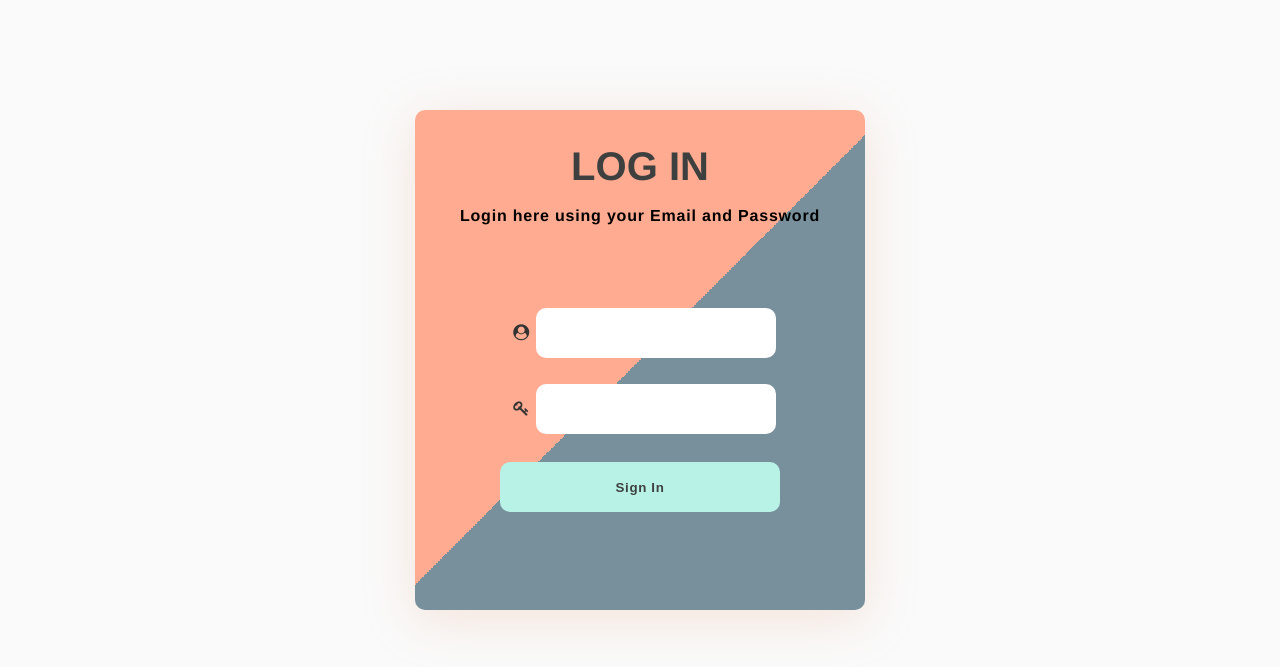
Repository: DhanushPrabha22/Zoho-Mini-Project
Page: http://localhost/ToDo_List/
These files come from the project's save history. The page is drawn as it stood at one moment and after the next save; the edit follows.
The browser window is 1280 px wide. The pictures show the whole page.
Some web libraries are served in a nearby version. The page is served by Tomcat 9. Other server files are loaded and not shown.

Above is the page before, as saved 2021-03-17 05:53:03.

### Todo Eclipse/ToDo_List/WebContent/sign_in.jsp
<!--

index.jsp

java version "1.8.0_45"

Created By Dhanush L

-->

<%@taglib uri="http://struts.apache.org/tags-html" prefix="html"%>

<!DOCTYPE html>
<html>
<head>
	<title>Sign in for your Tasks</title>
	<link rel="stylesheet" type="text/css" href="styles/sign_in.css" />
	<link rel="stylesheet" href="https://cdnjs.cloudflare.com/ajax/libs/font-awesome/4.7.0/css/font-awesome.min.css">
	<script src="https://ajax.googleapis.com/ajax/libs/jquery/2.1.1/jquery.min.js"></script>
	<script src="scripts/sign_in.js"></script>
</head>
<body>
	<div class="main-div">
		<!--   con = Container  for items in the form-->
		<div class="con">
			<!--     Start  header Content  -->
			<header class="head-form">
				<h2>LOG IN</h2>
				<!--     A welcome message or an explanation of the login form -->
				<br>
				<p><b>Login here using your Email and Password</b></p>
			</header>
			<br>
			<div class="field-set">
				<html:form action="signingin" method="post">
					<!--user name -->
					<html:errors property="email_e"/><br>
					<span class="input-item"><i class="fa fa-user-circle"></i></span>
					<html:text styleClass="form-input" property="email"/><br>
					<!--Password -->
					<html:errors property="password_e"/><br>
					<span class="input-item"><i class="fa fa-key"></i></span>
					<html:password styleClass="form-input" property="password"/>
					<br>
					<html:submit styleClass="sign-up button" value="Sign In"/>
				</html:form>
			</div>
		<!--   End Container  -->
		</div>
	<!-- End Form -->
	</div>
</body>
</html>

### Todo Eclipse/ToDo_List/WebContent/styles/sign_in.css

* {
    padding: 0;
    margin: 0;
    box-sizing: border-box;
}

body {
  font-family: Helvetica, san-serif;
  overflow-x: hidden;
  overflow-y: hidden;
  background-color: #fafafa;
}

.main-div{
	box-shadow: 0 9px 50px hsla(20, 67%, 75%, 0.31);
	position: absolute;
	margin: auto;
  	top: 0;
  	right: 0;
  	bottom: 0;
  	left: 0;
	width: 450px;
	background-image: linear-gradient(-225deg, #FFAB91 50%, #78909C 50%);
    height: 500px;
	text-align:center;
    border-radius: 10px;
    padding: 2%;
}

.field-set{

}



/* the header form form */
header {
    margin: 2% auto 10% auto;
    text-align: center;
}
/* Login title form form */
header h2 {
    font-size: 250%;
    color: #3e403f;
}
/*  A welcome message or an explanation of the login form */
header p {letter-spacing: 0.05em;}


.input-item {
    background: transparent;
    color: #333;
    padding: 14.5px 0px 15px 9px;
    margin-right: 2px;
}


/* inputs form  */
.form-input{
    width: 240px;
    height: 50px;
    margin-top: 2%;
    padding: 15px;
    font-size: 16px;
    font-family: 'Abel', sans-serif;
    color: #5E6472;
    outline: none;
    border: none;
    border-radius: 10px;
    transition: 0.2s linear;

}

.form-input:focus {
    transform: translateX(-2px);
    border-radius: 5px;
}


.button {
    display: inline-block;
    color: #3e403f;

    width: 280px;
    height: 50px;

    padding: 0 20px;
    background: #fff;
    border-radius: 10px;

    outline: none;
    border: none;

    cursor: pointer;
    text-align: center;
    transition: all 0.2s linear;
    font-weight: bold;
    margin: 7% auto;
    letter-spacing: 0.05em;
}
/* Submits */
.submits {
    width: 48%;
    display: inline-block;
    float: left;
    margin-left: 2%;
}

/* Forgot Password button FAF3DD  */
.frgt-pass {background: transparent;}

/*     Sign Up button  */
.sign-up {background: #B8F2E6;}


/* buttons hover */
.button:hover {
    transform: translatey(3px);
    box-shadow: none;
}

/* buttons hover Animation */
.button:hover {
    animation: ani9 0.4s ease-in-out infinite alternate;
}
@keyframes ani9 {
    0% {
        transform: translateY(3px);
    }
    100% {
        transform: translateY(5px);
    }
}

Loaded but not shown: Todo Eclipse/ToDo_List/WebContent/scripts/sign_in.js (no copy from this time; the picture is the same without it)

After the next save:
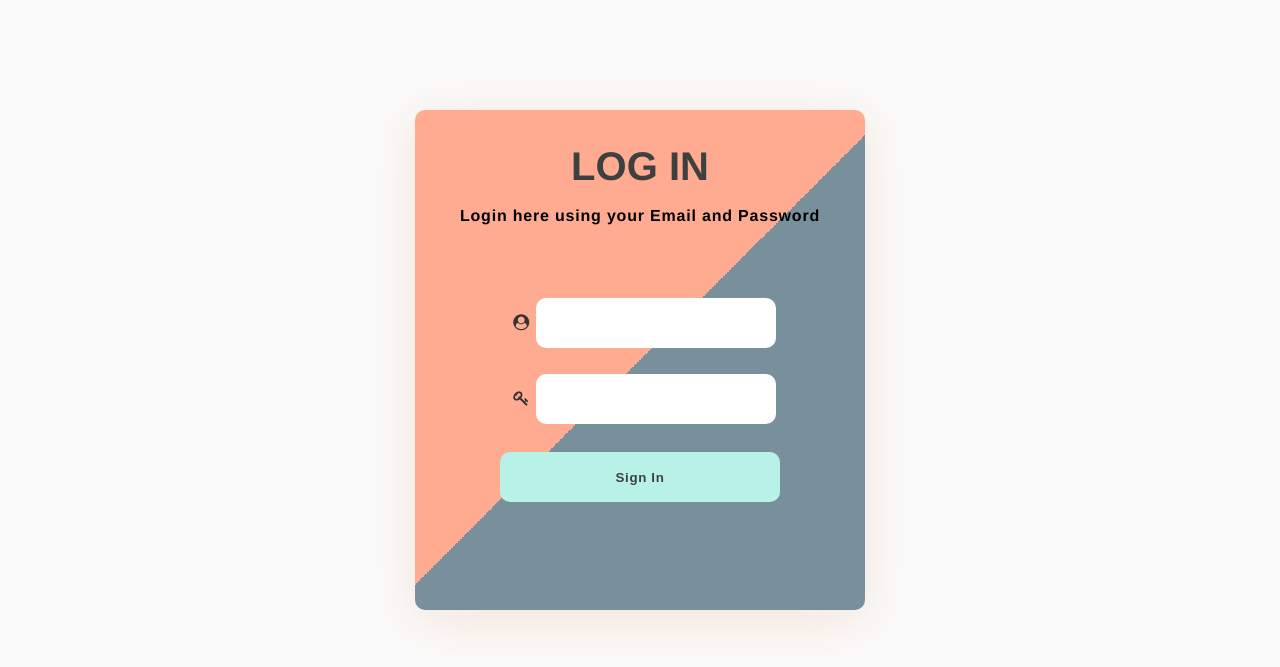
Saved 14 s later.
--- a/Todo Eclipse/ToDo_List/WebContent/styles/sign_in.css
+++ b/Todo Eclipse/ToDo_List/WebContent/styles/sign_in.css
@@ -29,7 +29,7 @@ body {
 }
 
 .field-set{
-
+	margin-top: -10px;
 }
 
 
